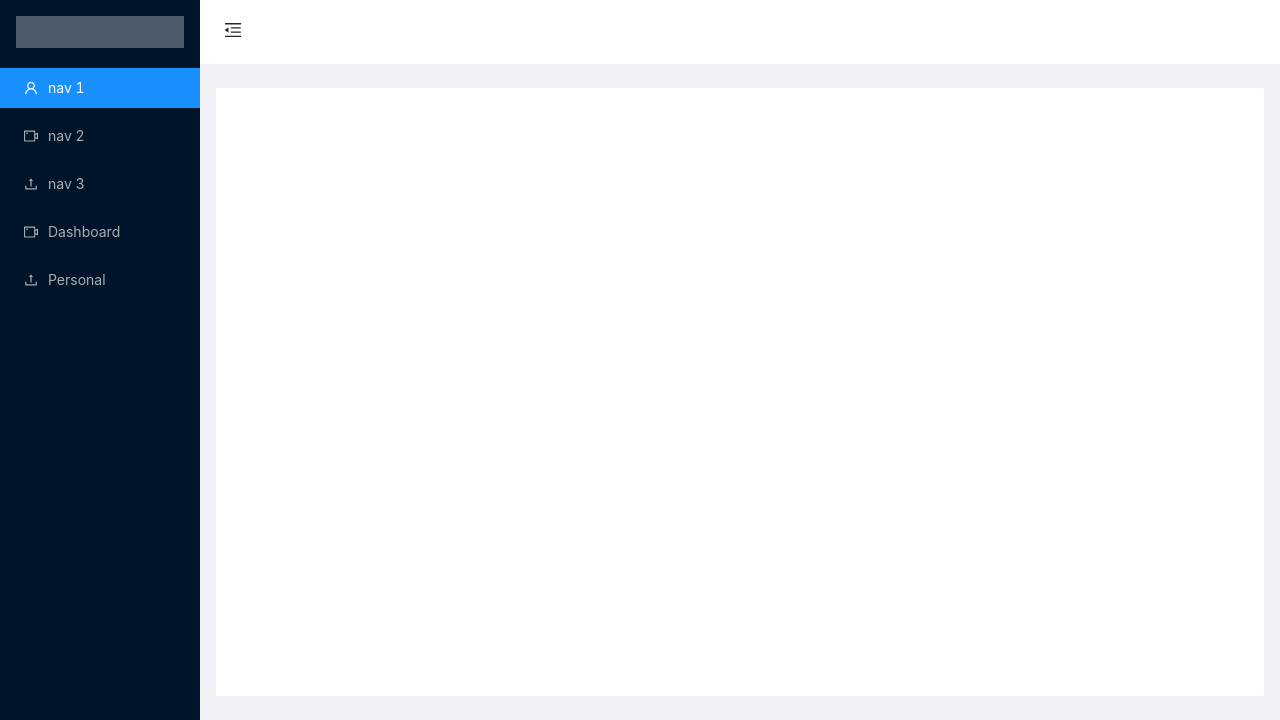
Repository: DallenCat/react-test
Page: /login
An editor plug-in stored every save of this project. The page is shown before and after the next save, followed by the edit.
The browser window is 1280 px wide. The pictures show the whole page.
The project was rebuilt for these pictures with package versions that can differ from the ones it lists, and the page was loaded fresh each time. A package was used in the major version that the imports need, not the one package.json lists. Also part of the build but not shown: src/containers/dashboard/index.js, src/containers/personal/index.js.

Above is the page before, as saved 2021-10-27 15:52:06.

### src/App.js

import './App.css';
import Routes from './routes';
import { BrowserRouter as Router } from 'react-router-dom';
import SiderDemo from "@/components/layout/index.js"
import { Component } from 'react';
class App extends Component {
  render() {
    return (
      <div className="App">
        <SiderDemo >
          <Router
            forceRefresh={false}
            keyLength={12}
          >
            <Routes />
            {this.props.children}
          </Router>
        </SiderDemo>
      </div>
    )
  }

}
// render(<Router routes={routes} />, document.body)
export default App;

### src/App.css
@import '~antd/dist/antd.css';

.App {
  text-align: center;
}

.App-logo {
  height: 40vmin;
  pointer-events: none;
}

@media (prefers-reduced-motion: no-preference) {
  .App-logo {
    animation: App-logo-spin infinite 20s linear;
  }
}

.App-header {
  background-color: #282c34;
  min-height: 100vh;
  display: flex;
  flex-direction: column;
  align-items: center;
  justify-content: center;
  font-size: calc(10px + 2vmin);
  color: white;
}

.App-link {
  color: #61dafb;
}

@keyframes App-logo-spin {
  from {
    transform: rotate(0deg);
  }

  to {
    transform: rotate(360deg);
  }
}

### src/routes/index.js
/*
 * @Descripttion:
 * @version:
 * @Author: dal
 * @Date: 2021-10-26 17:34:53
 * @LastEditors: dal
 * @LastEditTime: 2021-10-27 15:52:06
 */
import Dashboard from "@/containers/dashboard"
import Personal from "@/containers/personal"
import SiderDemo from "@/components/layout"
import { Route, Switch, withRouter } from 'react-router-dom';

const routes = () => {
  return (
    <Switch>
      <Route path={"/"} exact component={SiderDemo}>
        <Route exact path={"/dashboard"} component={Dashboard} />
        <Route exact path={"/personal"} component={Personal} />
      </Route>


    </Switch>
  )
}
export default withRouter(routes)

### src/components/layout/index.js
/*
 * @Descripttion:
 * @version:
 * @Author: dal
 * @Date: 2021-10-27 09:54:26
 * @LastEditors: dal
 * @LastEditTime: 2021-10-27 15:48:06
 */
import React from "react"
import { Layout, Menu } from 'antd';
// 首先我们需要导入一些组件...
import { Link, BrowserRouter as Router, Switch } from 'react-router-dom'
import "./index.css"
import {
  MenuUnfoldOutlined,
  MenuFoldOutlined,
  UserOutlined,
  VideoCameraOutlined,
  UploadOutlined,
} from '@ant-design/icons';

const { Header, Sider, Content } = Layout;

class SiderDemo extends React.Component {
  state = {
    collapsed: false,
  };

  toggle = () => {
    this.setState({
      collapsed: !this.state.collapsed,
    });
  };
  // 组件挂载
  componentDidMount() {
    console.log(this.props);
  }
  render() {

    return (
      <Layout id="components-layout-demo-custom-trigger">
        <Sider trigger={null} collapsible collapsed={this.state.collapsed}>
          <div className="logo" />
          <Router>
            <Switch>

              <Menu theme="dark" mode="inline" defaultSelectedKeys={['1']}>
                <Menu.Item key="1" icon={<UserOutlined />}>
                  nav 1
                </Menu.Item>
                <Menu.Item key="2" icon={<VideoCameraOutlined />}>
                  nav 2
                </Menu.Item>
                <Menu.Item key="3" icon={<UploadOutlined />}>
                  nav 3
                </Menu.Item>
                <Menu.Item key="4" icon={<VideoCameraOutlined />}>
                  <Link to="dashboard">Dashboard </Link>
                </Menu.Item>
                <Menu.Item key="5" icon={<UploadOutlined />}>
                  <Link to="personal">Personal </Link>
                </Menu.Item>
              </Menu>
            </Switch>

          </Router>

        </Sider>
        <Layout className="site-layout">
          <Header className="site-layout-background">
            {React.createElement(this.state.collapsed ? MenuUnfoldOutlined : MenuFoldOutlined, {
              className: 'trigger',
              onClick: this.toggle,
            })}
          </Header>
          <Content
            className="site-layout-background"
            style={{
              margin: '24px 16px',
              padding: 24,
              minHeight: 280,
            }}
          >
            {this.props.children || "Welcome to your Inbox"}
          </Content>
        </Layout>
      </Layout>
    );
  }
}

export default SiderDemo;

### src/components/layout/index.css
.ant-layout {
  height: 100vh;
}

.ant-layout-header {
  text-align: left;
  padding: 0;
}

#components-layout-demo-custom-trigger .trigger {
  padding: 0 24px;
  font-size: 18px;
  line-height: 64px;
  cursor: pointer;
  transition: color 0.3s;
}

#components-layout-demo-custom-trigger .trigger:hover {
  color: #1890ff;
}

#components-layout-demo-custom-trigger .logo {
  height: 32px;
  margin: 16px;
  background: rgba(255, 255, 255, 0.3);
}

.site-layout .site-layout-background {
  background: #fff;
}

Loaded but not shown: public/index.html (common file); src/index.js (common file); src/index.css (common file); src/reportWebVitals.js (common file)

After the next save:
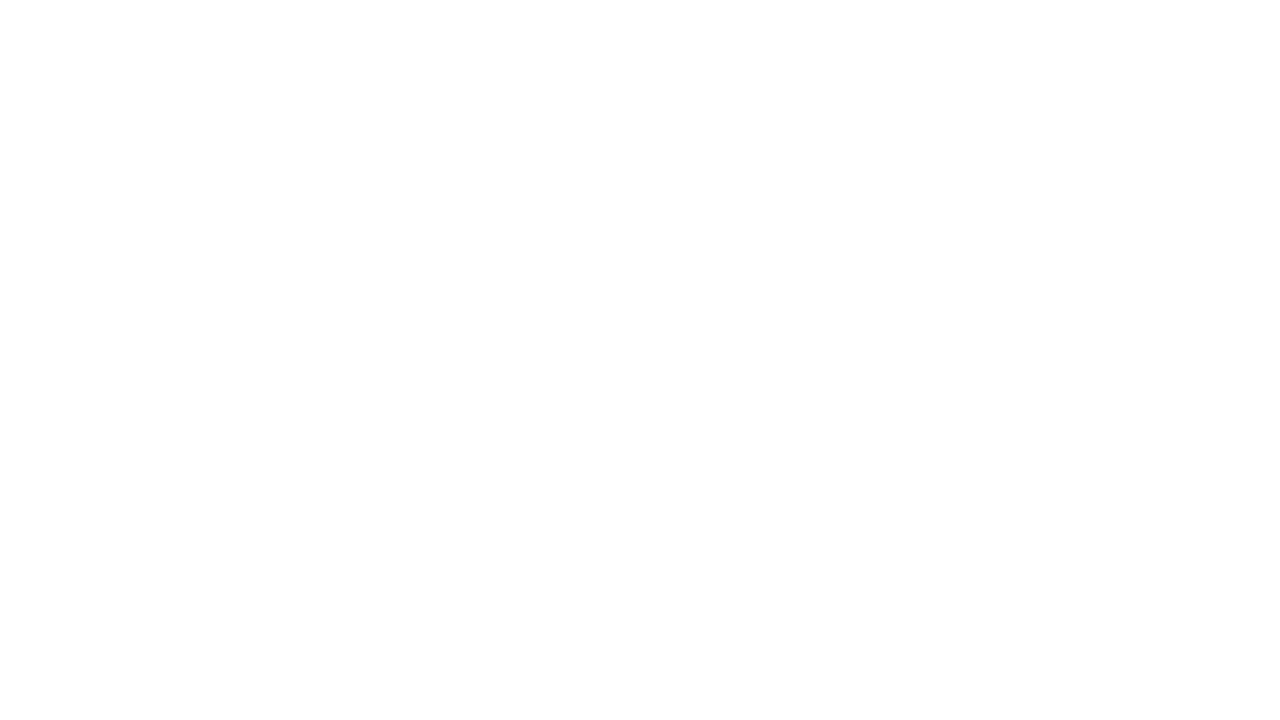
Saved 2 s later.
--- a/src/App.js
+++ b/src/App.js
@@ -2,21 +2,17 @@
 import './App.css';
 import Routes from './routes';
 import { BrowserRouter as Router } from 'react-router-dom';
-import SiderDemo from "@/components/layout/index.js"
 import { Component } from 'react';
 class App extends Component {
   render() {
     return (
       <div className="App">
-        <SiderDemo >
-          <Router
-            forceRefresh={false}
-            keyLength={12}
-          >
-            <Routes />
-            {this.props.children}
-          </Router>
-        </SiderDemo>
+        <Router
+          forceRefresh={false}
+          keyLength={12}
+        >
+          <Routes />
+        </Router>
       </div>
     )
   }
--- a/src/routes/index.js
+++ b/src/routes/index.js
@@ -4,7 +4,7 @@
  * @Author: dal
  * @Date: 2021-10-26 17:34:53
  * @LastEditors: dal
- * @LastEditTime: 2021-10-27 15:52:06
+ * @LastEditTime: 2021-10-27 15:52:08
  */
 import Dashboard from "@/containers/dashboard"
 import Personal from "@/containers/personal"

After the 4 saves that followed:
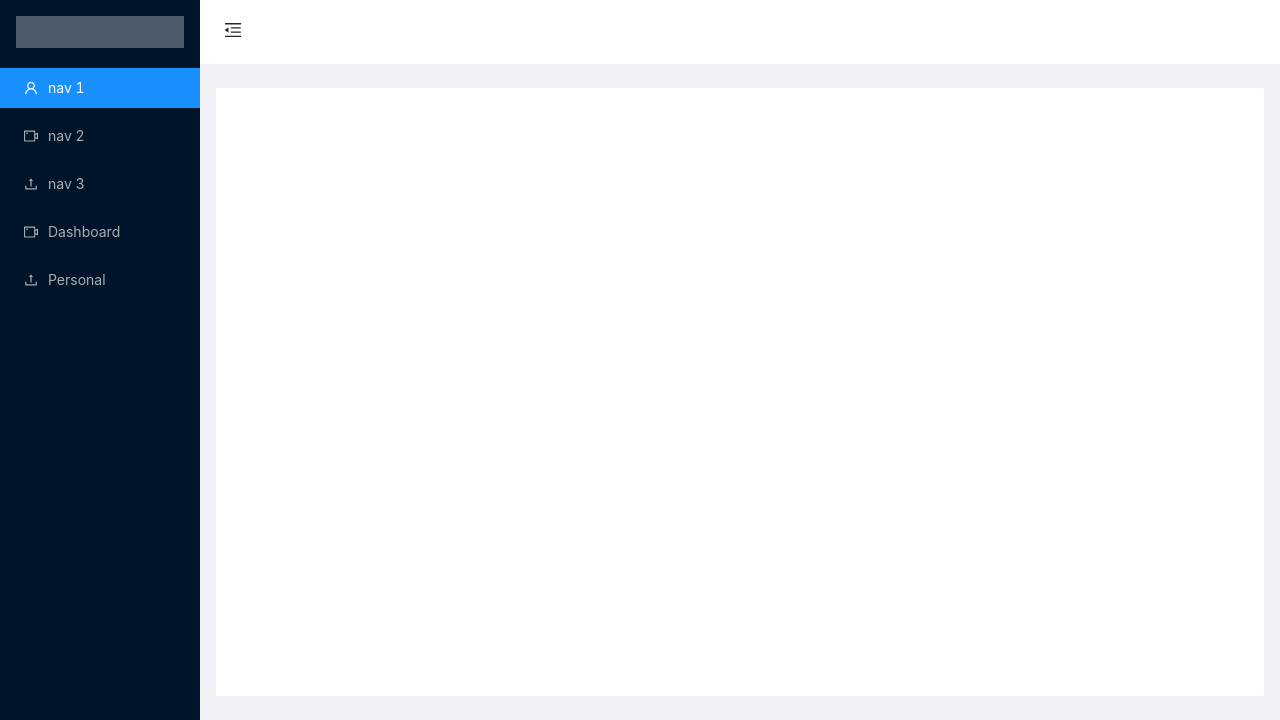
The 4 saves are shown as one change because 3 left the picture as it was.
The last was saved 3 min 30 s later.
--- a/src/App.js
+++ b/src/App.js
@@ -2,17 +2,20 @@
 import './App.css';
 import Routes from './routes';
 import { BrowserRouter as Router } from 'react-router-dom';
+import SiderDemo from "@/components/layout/index.js"
 import { Component } from 'react';
 class App extends Component {
   render() {
     return (
       <div className="App">
-        <Router
-          forceRefresh={false}
-          keyLength={12}
-        >
-          <Routes />
-        </Router>
+        <SiderDemo >
+          <Router
+            forceRefresh={false}
+            keyLength={12}
+          >
+            <Routes />
+          </Router>
+        </SiderDemo>
       </div>
     )
   }
--- a/src/routes/index.js
+++ b/src/routes/index.js
@@ -4,21 +4,17 @@
  * @Author: dal
  * @Date: 2021-10-26 17:34:53
  * @LastEditors: dal
- * @LastEditTime: 2021-10-27 15:52:08
+ * @LastEditTime: 2021-10-27 15:55:38
  */
 import Dashboard from "@/containers/dashboard"
 import Personal from "@/containers/personal"
-import SiderDemo from "@/components/layout"
 import { Route, Switch, withRouter } from 'react-router-dom';
 
 const routes = () => {
   return (
     <Switch>
-      <Route path={"/"} exact component={SiderDemo}>
-        <Route exact path={"/dashboard"} component={Dashboard} />
-        <Route exact path={"/personal"} component={Personal} />
-      </Route>
-
+      <Route exact path={"/dashboard"} component={Dashboard} />
+      <Route exact path={"/personal"} component={Personal} />
 
     </Switch>
   )
